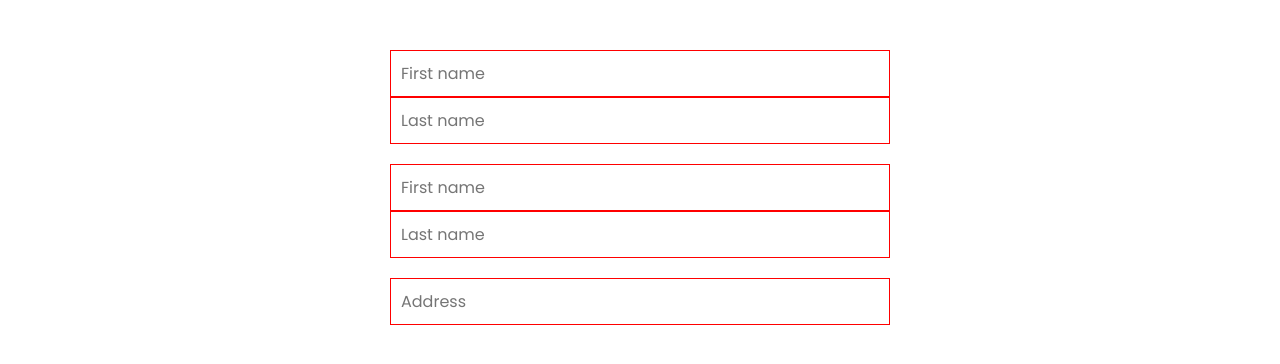
Repository: evondev/html-css-basic-course
Page: index.html
An editor plug-in stored every save of this project. The page is shown before and after the next save, followed by the edit.
The browser window is 1280 px wide. The pictures show the whole page.
Some web libraries are served in a nearby version. The style sheet was rebuilt from its Sass, Less or Tailwind sources for each picture, by a compiler version that may differ from the author's.

Above is the page before, as saved 2020-12-27 11:42:21.

### index.html
<!DOCTYPE html>
<html lang="en">
  <head>
    <meta charset="UTF-8" />
    <meta name="viewport" content="width=device-width, initial-scale=1.0" />
    <title>Form layout CSS Grid</title>
    <link
      href="https://fonts.googleapis.com/css2?family=Roboto:wght@400;700&display=swap"
      rel="stylesheet"
    />
    <link
      rel="stylesheet"
      href="https://cdnjs.cloudflare.com/ajax/libs/font-awesome/5.14.0/css/all.min.css"
      integrity="sha512-1PKOgIY59xJ8Co8+NE6FZ+LOAZKjy+KY8iq0G4B3CyeY6wYHN3yt9PW0XpSriVlkMXe40PTKnXrLnZ9+fkDaog=="
      crossorigin="anonymous"
    />
    <link
      href="https://fonts.googleapis.com/css2?family=Poppins:wght@300;400;700&display=swap"
      rel="stylesheet"
    />
    <link rel="stylesheet" href="./reset.css" />
    <link rel="stylesheet" href="./app.css" />
  </head>
  <body>
    <div class="form-layout">

      <div class="form-group">
        <input type="text" class="form-input" placeholder="First name">
        <input type="text" class="form-input" placeholder="Last name">
      </div>
      <div class="form-group">
        <input type="text" class="form-input" placeholder="First name">
        <input type="text" class="form-input" placeholder="Last name">
      </div>
      <div class="form-group">
        <input type="text" class="form-input" placeholder="Address">
      </div>
    </div>
  </body>
</html>

### app.scss
html {
  font-size: 62.5%;
}

* {
  box-sizing: border-box;
}

body {
  font-size: 1.6rem;
  font-weight: normal;
}

input,
textarea,
button,
select {
  font-size: 1.6rem;
  font-family: "Poppins", sans-serif;
  font-weight: normal;
  outline: none;
}

a {
  text-decoration: none;
}

img {
  display: block;
  max-width: 100%;
}
.form-layout {
  max-width: 500px;
  margin: 50px auto;
}
.form-group {
  margin-bottom: 20px;
  display: grid;
}
.form-input {
  padding: 10px;
  border: 1px solid #f00;
  outline: none;
  width: 100%;
}

Loaded but not shown: reset.css (common file)

After the next save:
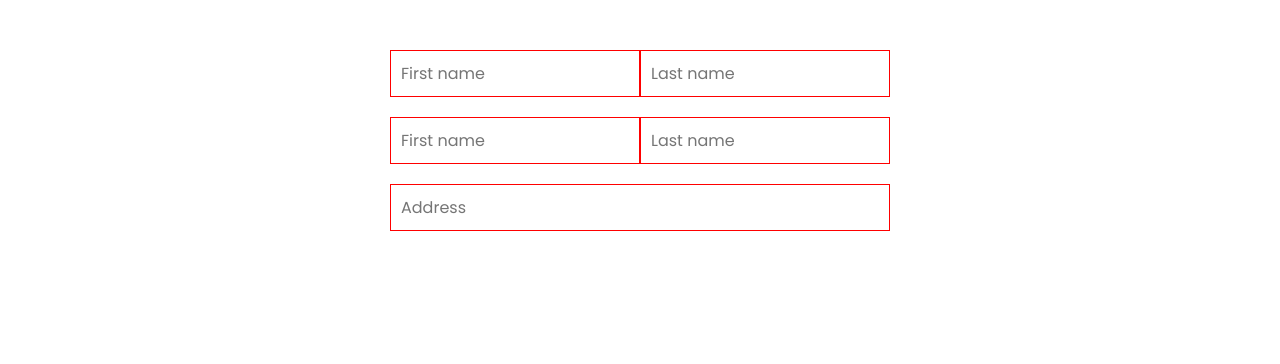
Saved 58 s later.
--- a/app.scss
+++ b/app.scss
@@ -36,6 +36,7 @@ img {
 .form-group {
   margin-bottom: 20px;
   display: grid;
+  grid-template-columns: repeat(auto-fit, minmax(0, 1fr));
 }
 .form-input {
   padding: 10px;
